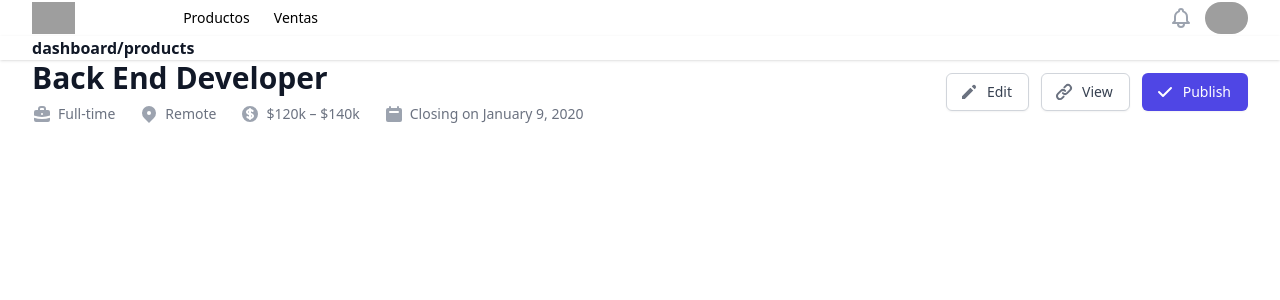
Repository: pvelosa/next-dashboard
Page: /dashboard/products
The author's editor kept a copy of each file at every save. The page is drawn from the files as they stood at one save, then again after the next save.
The browser window is 1280 px wide. The pictures show the whole page.
Pictures or frames that could not be fetched are drawn as grey boxes. The page's requests for data from a server got no answer. The project was rebuilt for these pictures with package versions that can differ from the ones it lists, and the page was loaded fresh each time. The framework's server and built-in components were replaced by stand-ins that run in the browser. No one was signed in, and anything a server would have sent is missing. Also part of the build but not shown: next.config.js.

Above is the page before, as saved 2022-06-03 00:34:26.

### pages/_app.js
import { ProviderAuth } from "../hooks/useAuth";
import "../src/styles/globals.css";
import MainLayout from "../layout/MainLayout";

function MyApp({ Component, pageProps }) {
  return (
    <>
      <ProviderAuth>
        <MainLayout>
          <Component {...pageProps} />
        </MainLayout>
      </ProviderAuth>
    </>
  );
}

export default MyApp;

### pages/dashboard/products.js
//quiero agregar, eliminar y actualizar un product

import { useState } from "react";
import { Fragment } from 'react'
import {
  BriefcaseIcon,
  CalendarIcon,
  CheckIcon,
  ChevronDownIcon,
  CurrencyDollarIcon,
  LinkIcon,
  LocationMarkerIcon,
  PencilIcon,
} from '@heroicons/react/solid'
import { Menu, Transition } from '@headlessui/react'

function classNames(...classes) {
  return classes.filter(Boolean).join(' ')
}

export default function Product() {
  const [products, setProducts] = useState([]);

  return (
    <>
      <div className="lg:flex lg:items-center lg:justify-between">
      <div className="flex-1 min-w-0">
        <h2 className="text-2xl font-bold leading-7 text-gray-900 sm:text-3xl sm:truncate">Back End Developer</h2>
        <div className="mt-1 flex flex-col sm:flex-row sm:flex-wrap sm:mt-0 sm:space-x-6">
          <div className="mt-2 flex items-center text-sm text-gray-500">
            <BriefcaseIcon className="flex-shrink-0 mr-1.5 h-5 w-5 text-gray-400" aria-hidden="true" />
            Full-time
          </div>
          <div className="mt-2 flex items-center text-sm text-gray-500">
            <LocationMarkerIcon className="flex-shrink-0 mr-1.5 h-5 w-5 text-gray-400" aria-hidden="true" />
            Remote
          </div>
          <div className="mt-2 flex items-center text-sm text-gray-500">
            <CurrencyDollarIcon className="flex-shrink-0 mr-1.5 h-5 w-5 text-gray-400" aria-hidden="true" />
            $120k &ndash; $140k
          </div>
          <div className="mt-2 flex items-center text-sm text-gray-500">
            <CalendarIcon className="flex-shrink-0 mr-1.5 h-5 w-5 text-gray-400" aria-hidden="true" />
            Closing on January 9, 2020
          </div>
        </div>
      </div>
      <div className="mt-5 flex lg:mt-0 lg:ml-4">
        <span className="hidden sm:block">
          <button
            type="button"
            className="inline-flex items-center px-4 py-2 border border-gray-300 rounded-md shadow-sm text-sm font-medium text-gray-700 bg-white hover:bg-gray-50 focus:outline-none focus:ring-2 focus:ring-offset-2 focus:ring-indigo-500"
          >
            <PencilIcon className="-ml-1 mr-2 h-5 w-5 text-gray-500" aria-hidden="true" />
            Edit
          </button>
        </span>

        <span className="hidden sm:block ml-3">
          <button
            type="button"
            className="inline-flex items-center px-4 py-2 border border-gray-300 rounded-md shadow-sm text-sm font-medium text-gray-700 bg-white hover:bg-gray-50 focus:outline-none focus:ring-2 focus:ring-offset-2 focus:ring-indigo-500"
          >
            <LinkIcon className="-ml-1 mr-2 h-5 w-5 text-gray-500" aria-hidden="true" />
            View
          </button>
        </span>

        <span className="sm:ml-3">
          <button
            type="button"
            className="inline-flex items-center px-4 py-2 border border-transparent rounded-md shadow-sm text-sm font-medium text-white bg-indigo-600 hover:bg-indigo-700 focus:outline-none focus:ring-2 focus:ring-offset-2 focus:ring-indigo-500"
          >
            <CheckIcon className="-ml-1 mr-2 h-5 w-5" aria-hidden="true" />
            Publish
          </button>
        </span>

        {/* Dropdown */}
        <Menu as="div" className="ml-3 relative sm:hidden">
          <Menu.Button className="inline-flex items-center px-4 py-2 border border-gray-300 rounded-md shadow-sm text-sm font-medium text-gray-700 bg-white hover:bg-gray-50 focus:outline-none focus:ring-2 focus:ring-offset-2 focus:ring-indigo-500">
            More
            <ChevronDownIcon className="-mr-1 ml-2 h-5 w-5 text-gray-500" aria-hidden="true" />
          </Menu.Button>

          <Transition
            as={Fragment}
            enter="transition ease-out duration-200"
            enterFrom="transform opacity-0 scale-95"
            enterTo="transform opacity-100 scale-100"
            leave="transition ease-in duration-75"
            leaveFrom="transform opacity-100 scale-100"
            leaveTo="transform opacity-0 scale-95"
          >
            <Menu.Items className="origin-top-right absolute right-0 mt-2 -mr-1 w-48 rounded-md shadow-lg py-1 bg-white ring-1 ring-black ring-opacity-5 focus:outline-none">
              <Menu.Item>
                {({ active }) => (
                  <a
                    href="#"
                    className={classNames(active ? 'bg-gray-100' : '', 'block px-4 py-2 text-sm text-gray-700')}
                  >
                    Edit
                  </a>
                )}
              </Menu.Item>
              <Menu.Item>
                {({ active }) => (
                  <a
                    href="#"
                    className={classNames(active ? 'bg-gray-100' : '', 'block px-4 py-2 text-sm text-gray-700')}
                  >
                    View
                  </a>
                )}
              </Menu.Item>
            </Menu.Items>
          </Transition>
        </Menu>
      </div>
    </div>
    </>
  );
}

### hooks/useAuth.js
import react, { useState, useContext, createContext } from "react";
import Cookie from "js-cookie";
import axios from "axios";
import endPoints from "../services/api/";

const AuthContext = createContext();

export function ProviderAuth({ children }) {
  const auth = useProviderAuth();
  return <AuthContext.Provider value={auth}>{children}</AuthContext.Provider>;
}

export const useAuth = () => {
  return useContext(AuthContext);
};

function useProviderAuth() {
  const [user, setUser] = useState(null);
  const signin = async (email, password) => {
    //empezar a construir la app aquí
    const options = {
      headers: {
        accept: "*/*",
        "Content-Type": "application/json",
      },
    };
    const { data: access_token } = await axios.post(
      endPoints.auth.login,
      { email, password },
      options
    );
    //guarda el token como una cookie
    if (access_token) {
        const token = access_token.access_token
      Cookie.set("token", token, { expires: 5 });
    console.log(user)
      //tenga un default para que se autorice
      axios.defaults.headers.Authorization = `Bearer ${token}`;
      const {data:user} = await axios.get(endPoints.auth.profile)
      setUser(user);
    }
  };
  return {
    user,
    signin,
  };
}

### layout/MainLayout.js
import Header from '../components/Header';
import Nav from '../common/Nav'

export default function MainLayout({ children }) {
  return (
    <>
      <div className="min-h-full">
        <Header/>
        <Nav/>
        <main>
          <div className="max-w-7xl mx-auto py-6 lg:px-8">{children}</div>
        </main>
      </div>
    </>
  );
}

### services/api/index.js
const API = process.env.NEXT_PUBLIC_API_URL;
const VERSION = process.env.NEXT_PUBLIC_API_VERSION;

const endPoints = {
    auth: {
        login: `${API}/api/${VERSION}/auth/login`,
        profile: `${API}/api/${VERSION}/auth/profile`
    },
    categories:{
        getCategories: `${API}/api/${VERSION}/categories`,
        postCategories: `${API}/api/${VERSION}/categories`,
        getCategorie: (id) =>  `${API}/api/${VERSION}/categories/${id}`,
        putCategorie: (id) =>  `${API}/api/${VERSION}/categories/${id}`,
        getCategorieProducts: (id) =>  `${API}/api/${VERSION}/categories/${id}/products`
    },
    files:{
        postFiles:  `${API}/api/${VERSION}/files/upload`,
        getFile: (filename) =>  `${API}/api/${VERSION}/files/${filename}`,
    },
    products: {
        getProducts: (limit, offset) => `${API}/api/${VERSION}/products?limit=${limit}&offset=${offset} `,
        postProducts:  `${API}/api/${VERSION}/products/`,
        getProduct: (id) =>  `${API}/api/${VERSION}/products/${id}`,
        putProduct: (id) =>  `${API}/api/${VERSION}/products/${id}`,
        deleteProduct: (id) =>  `${API}/api/${VERSION}/products/${id}`,
    },
    users: {
        getUsers:  `${API}/api/${VERSION}/users/`,
        postUsers:  `${API}/api/${VERSION}/users/`,
        getProduct: `${API}/api/${VERSION}/users/is-available`,
    }

};

export default endPoints;

### components/Header.js
import { Fragment } from 'react';
import { useAuth } from '../hooks/useAuth';
import { Disclosure, Menu, Transition } from '@headlessui/react';
import { BellIcon, MenuIcon, XIcon } from '@heroicons/react/outline';


const navigation = [
  { name: 'Dashboard', href: '#', current: true },
  { name: 'Productos', href: '/dashboard/products/', current: false },
  { name: 'Ventas', href: '#', current: false },
];
const userNavigation = [
  { name: 'Your Profile', href: '#' },
  { name: 'Settings', href: '#' },
  { name: 'Sign out', href: '#' },
];

function classNames(...classes) {
  return classes.filter(Boolean).join(' ');
}

export default function Header() {
    const auth = useAuth;
    const userData = {
        name: auth?.user?.name,
        email: auth?.user?.email,
        imageUrl: `https://ui-avatars.com/api/?name=${auth?.user?.name}`,
      };
  return (
    <>
      <Disclosure as="nav" className="bg-gray-800">
        {({ open }) => (
          <>
            <div className="max-w-7xl mx-auto px-4 sm:px-6 lg:px-8">
              <div className="flex items-center justify-between h-16">
                <div className="flex items-center">
                  <div className="flex-shrink-0">
                    <img className="h-8 w-8" src="https://tailwindui.com/img/logos/workflow-mark-indigo-500.svg" alt="Workflow" />
                  </div>
                  <div className="hidden md:block">
                    <div className="ml-10 flex items-baseline space-x-4">
                      {navigation.map((item) => (
                        <a
                          key={item.name}
                          href={item.href}
                          className={classNames(item.current ? 'bg-gray-900 text-white' : 'text-gray-300 hover:bg-gray-700 hover:text-white', 'px-3 py-2 rounded-md text-sm font-medium')}
                          aria-current={item.current ? 'page' : undefined}
                        >
                          {item.name}
                        </a>
                      ))}
                    </div>
                  </div>
                </div>
                <div className="hidden md:block">
                  <div className="ml-4 flex items-center md:ml-6">
                    <button
                      type="button"
                      className="bg-gray-800 p-1 rounded-full text-gray-400 hover:text-white focus:outline-none focus:ring-2 focus:ring-offset-2 focus:ring-offset-gray-800 focus:ring-white"
                    >
                      <span className="sr-only">View notifications</span>
                      <BellIcon className="h-6 w-6" aria-hidden="true" />
                    </button>

                    {/* Profile dropdown */}
                    <Menu as="div" className="ml-3 relative">
                      <div>
                        <Menu.Button className="max-w-xs bg-gray-800 rounded-full flex items-center text-sm focus:outline-none focus:ring-2 focus:ring-offset-2 focus:ring-offset-gray-800 focus:ring-white">
                          <span className="sr-only">Open user menu</span>
                          <img className="h-8 w-8 rounded-full" src={userData.imageUrl} alt="" />
                        </Menu.Button>
                      </div>
                      <Transition
                        as={Fragment}
                        enter="transition ease-out duration-100"
                        enterFrom="transform opacity-0 scale-95"
                        enterTo="transform opacity-100 scale-100"
                        leave="transition ease-in duration-75"
                        leaveFrom="transform opacity-100 scale-100"
                        leaveTo="transform opacity-0 scale-95"
                      >
                        <Menu.Items className="origin-top-right absolute right-0 mt-2 w-48 rounded-md shadow-lg py-1 bg-white ring-1 ring-black ring-opacity-5 focus:outline-none">
                          {userNavigation.map((item) => (
                            <Menu.Item key={item.name}>
                              {({ active }) => (
                                <a href={item.href} className={classNames(active ? 'bg-gray-100' : '', 'block px-4 py-2 text-sm text-gray-700')}>
                                  {item.name}
                                </a>
                              )}
                            </Menu.Item>
                          ))}
                        </Menu.Items>
                      </Transition>
                    </Menu>
                  </div>
                </div>
                <div className="-mr-2 flex md:hidden">
                  {/* Mobile menu button */}
                  <Disclosure.Button className="bg-gray-800 inline-flex items-center justify-center p-2 rounded-md text-gray-400 hover:text-white hover:bg-gray-700 focus:outline-none focus:ring-2 focus:ring-offset-2 focus:ring-offset-gray-800 focus:ring-white">
                    <span className="sr-only">Open main menu</span>
                    {open ? <XIcon className="block h-6 w-6" aria-hidden="true" /> : <MenuIcon className="block h-6 w-6" aria-hidden="true" />}
                  </Disclosure.Button>
                </div>
              </div>
            </div>

            <Disclosure.Panel className="md:hidden">
              <div className="px-2 pt-2 pb-3 space-y-1 sm:px-3">
                {navigation.map((item) => (
                  <Disclosure.Button
                    key={item.name}
                    as="a"
                    href={item.href}
                    className={classNames(item.current ? 'bg-gray-900 text-white' : 'text-gray-300 hover:bg-gray-700 hover:text-white', 'block px-3 py-2 rounded-md text-base font-medium')}
                    aria-current={item.current ? 'page' : undefined}
                  >
                    {item.name}
                  </Disclosure.Button>
                ))}
              </div>
              <div className="pt-4 pb-3 border-t border-gray-700">
                <div className="flex items-center px-5">
                  <div className="flex-shrink-0">
                    <img className="h-10 w-10 rounded-full" src={userData.imageUrl} alt="" />
                  </div>
                  <div className="ml-3">
                    <div className="text-base font-medium leading-none text-white">{userData.name}</div>
                    <div className="text-sm font-medium leading-none text-gray-400">{userData.email}</div>
                  </div>
                  <button
                    type="button"
                    className="ml-auto bg-gray-800 flex-shrink-0 p-1 rounded-full text-gray-400 hover:text-white focus:outline-none focus:ring-2 focus:ring-offset-2 focus:ring-offset-gray-800 focus:ring-white"
                  >
                    <span className="sr-only">View notifications</span>
                    <BellIcon className="h-6 w-6" aria-hidden="true" />
                  </button>
                </div>
                <div className="mt-3 px-2 space-y-1">
                  {userNavigation.map((item) => (
                    <Disclosure.Button key={item.name} as="a" href={item.href} className="block px-3 py-2 rounded-md text-base font-medium text-gray-400 hover:text-white hover:bg-gray-700">
                      {item.name}
                    </Disclosure.Button>
                  ))}
                </div>
              </div>
            </Disclosure.Panel>
          </>
        )}
      </Disclosure>
    </>
  );
}

### tailwind.config.js
module.exports = {
  content: [
    "./pages/**/*.{js,ts,jsx,tsx}",
  ],
  theme: {
    extend: {},
  },
  plugins: [],
}

Loaded but not shown: src/styles/globals.css (common file); common/Nav.js (common file)

After the next save:
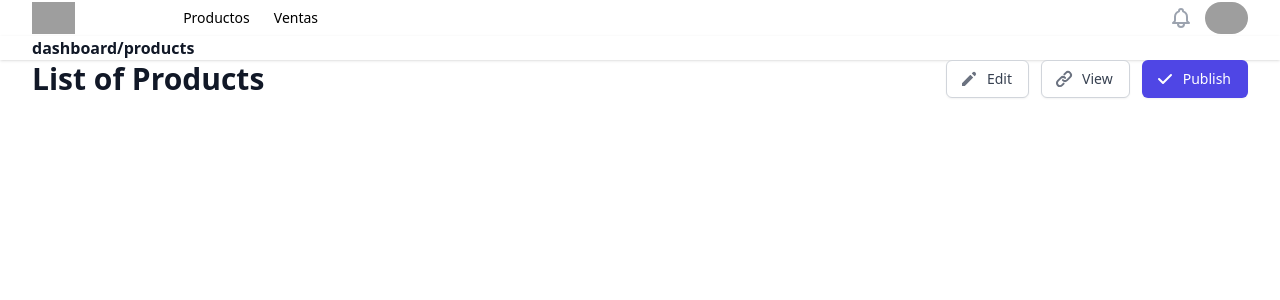
Saved 72 s later.
--- a/pages/dashboard/products.js
+++ b/pages/dashboard/products.js
@@ -25,25 +25,7 @@ export default function Product() {
     <>
       <div className="lg:flex lg:items-center lg:justify-between">
       <div className="flex-1 min-w-0">
-        <h2 className="text-2xl font-bold leading-7 text-gray-900 sm:text-3xl sm:truncate">Back End Developer</h2>
-        <div className="mt-1 flex flex-col sm:flex-row sm:flex-wrap sm:mt-0 sm:space-x-6">
-          <div className="mt-2 flex items-center text-sm text-gray-500">
-            <BriefcaseIcon className="flex-shrink-0 mr-1.5 h-5 w-5 text-gray-400" aria-hidden="true" />
-            Full-time
-          </div>
-          <div className="mt-2 flex items-center text-sm text-gray-500">
-            <LocationMarkerIcon className="flex-shrink-0 mr-1.5 h-5 w-5 text-gray-400" aria-hidden="true" />
-            Remote
-          </div>
-          <div className="mt-2 flex items-center text-sm text-gray-500">
-            <CurrencyDollarIcon className="flex-shrink-0 mr-1.5 h-5 w-5 text-gray-400" aria-hidden="true" />
-            $120k &ndash; $140k
-          </div>
-          <div className="mt-2 flex items-center text-sm text-gray-500">
-            <CalendarIcon className="flex-shrink-0 mr-1.5 h-5 w-5 text-gray-400" aria-hidden="true" />
-            Closing on January 9, 2020
-          </div>
-        </div>
+        <h2 className="text-2xl font-bold leading-7 text-gray-900 sm:text-3xl sm:truncate">List of Products</h2>
       </div>
       <div className="mt-5 flex lg:mt-0 lg:ml-4">
         <span className="hidden sm:block">
